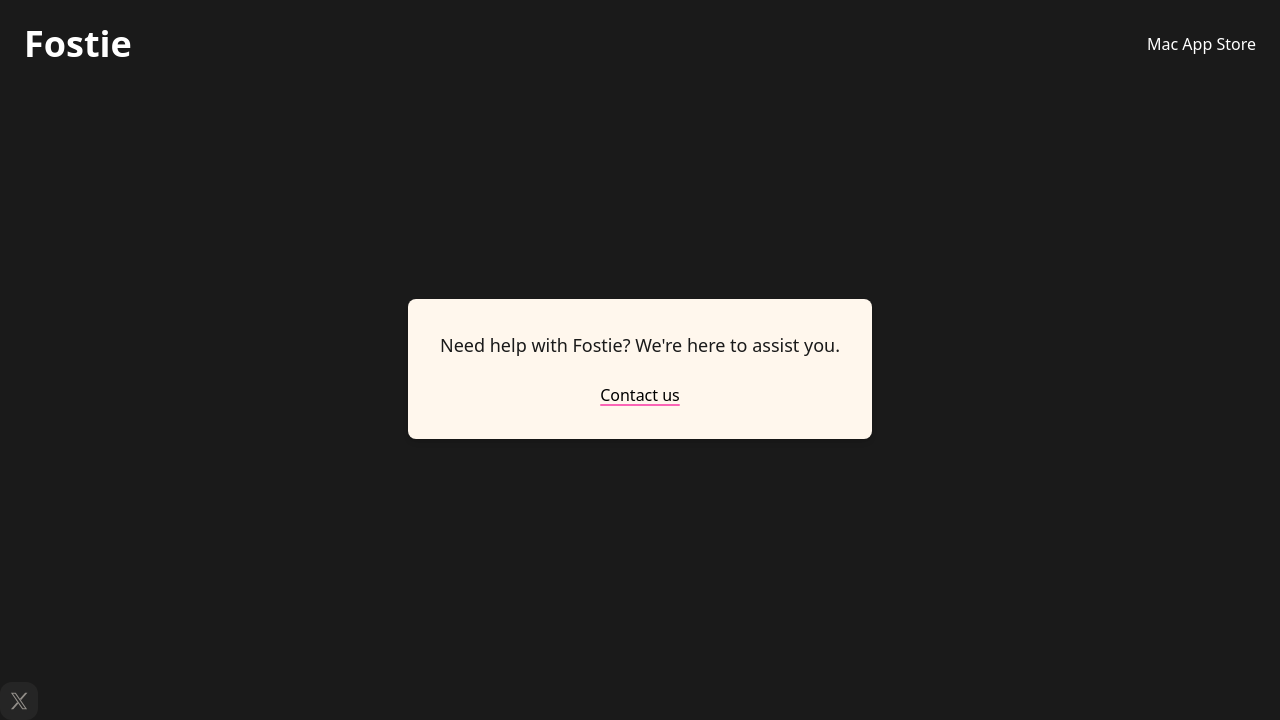
Repository: atimael/fostie-web
Page: /
These files come from the project's save history. The page is drawn as it stood at one moment and after the next save; the edit follows.
The browser window is 1280 px wide. The pictures show the whole page.
The project was rebuilt for these pictures with package versions that can differ from the ones it lists, and the page was loaded fresh each time. The framework's server and built-in components were replaced by stand-ins that run in the browser. Also part of the build but not shown: next.config.js.

Above is the page before, as saved 2025-05-27 20:24:45.

After the next save:
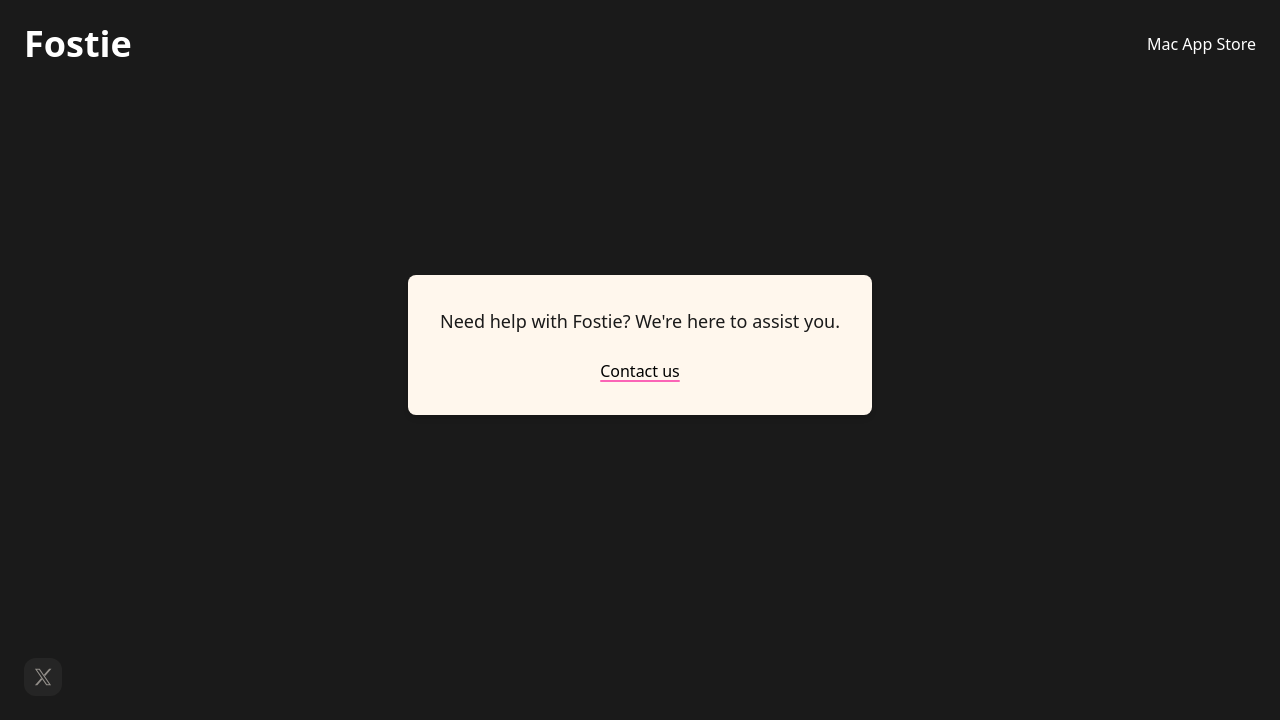
Saved 23 s later.
--- a/components/footer.tsx
+++ b/components/footer.tsx
@@ -2,7 +2,7 @@
   const currentYear = new Date().getFullYear();
 
   return (
-    <footer>
+    <footer className="py-6 px-6">
       <div className="flex items-center justify-between">
         <a
           className="group inline-flex items-center outline-none transition duration-300 hover:bg-stone-800/5 focus:ring-2 focus:ring-fuchsia-300 dark:bg-orange-50/5 dark:hover:bg-orange-50/5 rounded-xl bg-stone-800/5 p-2 text-stone-500 hover:text-stone-800 dark:text-orange-50 dark:hover:text-orange-50"
